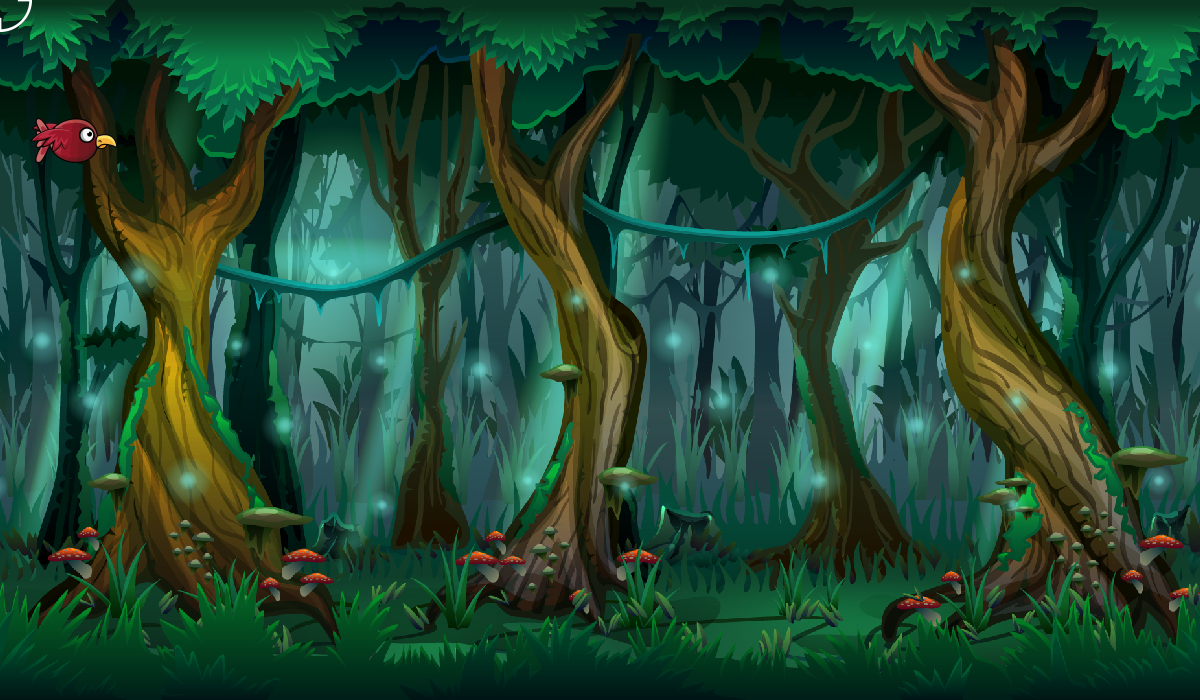
Repository: mys-pro/demo_shooting_bird_vision
Script's output: python main.py
The author's editor kept a copy of each file at every save. The script's output is drawn from the files as they stood at one save, then again after the next save.
The window is shown after at most 60 frames with no key pressed. Random numbers start from a fixed seed. It also reads assets/images/backgrounds/Cartoon_Forest_BG_01.png, assets/images/backgrounds/Cartoon_Forest_BG_02.png, assets/images/backgrounds/Cartoon_Forest_BG_03.png, assets/images/backgrounds/Cartoon_Forest_BG_04.png, assets/images/birds/bird1/b-1.png, assets/images/birds/bird1/b-2.png, assets/images/birds/bird1/b-3.png, assets/images/birds/bird1/b-4.png, assets/images/icon.png, assets/images/viewfinder.png.

Above is the script's output before, as saved 2024-06-16 16:24:11.

### main.py
import pygame
import os
import random
import sys

# Khởi tạo pygame
pygame.init()
pygame.display.set_caption("Shooting Bird")
icon = pygame.image.load('assets/images/icon.png')
pygame.display.set_icon(icon)

SCREEN_WIDTH, SCREEN_HEIGHT = 1200, 700
FPS = 60
SCREEN = pygame.display.set_mode((SCREEN_WIDTH, SCREEN_HEIGHT))

# Xử lý ống ngắm
class viewFinder:
    def __init__ (self):
        pygame.event.set_grab(True)
        pygame.mouse.set_visible(False)
        self.image = pygame.image.load('assets/images/viewfinder.png').convert_alpha()
        self.image_copy = self.image.copy()
        self.image_smaller = pygame.transform.scale(self.image_copy, (self.image_copy.get_width() // 2, self.image_copy.get_height() // 2))
        self.rect = self.image_smaller.get_rect()
        self.rect.center = (SCREEN_WIDTH // 2, SCREEN_HEIGHT // 2)

    def follow_mouse(self):
        self.rect.center = pygame.mouse.get_pos()

    def draw(self, screen):
        screen.blit(self.image, self.image.get_rect(center=self.rect.center).topleft)

# Khởi tạo con chim
class bird:
    def __init__(self, x, y):
        self.images = []
        folder_path = 'assets/images/birds/bird1'
        for file_name in os.listdir(folder_path):
            full_path = os.path.join(folder_path, file_name)
            if os.path.isfile(full_path):
                self.images.append(pygame.image.load(full_path).convert_alpha())
        self.index = 0
        self.image = self.images[self.index]
        self.rect = self.image.get_rect()
        self.rect.x = x
        self.rect.y = y
        self.velocity = 5  # Tốc độ mặc định
        self.delay_count = 0

    def update(self):
        self.delay_count += 1

        # Kiểm tra nếu đã đủ thời gian chờ để cập nhật
        if self.delay_count >= 5:
            # Reset delay_count
            self.delay_count = 0

            # Cập nhật chỉ số hình ảnh để tạo hiệu ứng hoạt hình
            self.index = (self.index + 1) % len(self.images)
            self.image = self.images[self.index]

            # Di chuyển đối tượng sang phải
            self.rect.x += self.velocity

            # Kiểm tra nếu đối tượng đi ra khỏi màn hình, đặt lại vị trí
            if self.rect.left > SCREEN_WIDTH:
                self.rect.right = 0

    def draw(self, screen):
        screen.blit(self.image, self.rect)

# Lấy background ngẫu nhiên
def get_background(folder_path, SCREEN_WIDTH, SCREEN_HEIGHT):
    backgrounds = []
    for file_name in os.listdir(folder_path):
        full_path = os.path.join(folder_path, file_name)
        if os.path.isfile(full_path):
             backgrounds.append(pygame.image.load(full_path).convert())

    bg = random.choice(backgrounds)
    bg_width, bg_height = bg.get_size()
    scale_factor = max(SCREEN_WIDTH / bg_width, SCREEN_HEIGHT / bg_height)

    new_width = int(bg_width * scale_factor)
    new_height = int(bg_height * scale_factor)
    bg = pygame.transform.scale(bg, (new_width, new_height))

    bg_x = (SCREEN_WIDTH - new_width) // 2
    bg_y = (SCREEN_HEIGHT - new_height) // 2
    return bg, bg_x, bg_y

explosion_group = pygame.sprite.Group()

# Vẽ hình ảnh
def draw(SCREEN, background, view_finder, bird):
    bg, bg_x, bg_y = background
    SCREEN.blit(bg, (bg_x, bg_y))

    bird.update()
    # Vẽ đối tượng lên màn hình
    bird.draw(SCREEN)

    view_finder.follow_mouse()
    view_finder.draw(SCREEN)
    pygame.display.update()

def main(SCREEN):
    background = get_background('assets/images/backgrounds/', SCREEN_WIDTH, SCREEN_HEIGHT) # Gọi hàm get_background
    view_finder = viewFinder()
    b = bird(0, 100)
    running = True
    while running:
        for event in pygame.event.get():
            if event.type == pygame.QUIT or (event.type == pygame.KEYDOWN and event.key == pygame.K_ESCAPE):
                running = False

        draw(SCREEN, background, view_finder, b)

        pygame.display.update()
        pygame.time.Clock().tick(FPS)
    pygame.quit()

if __name__ == "__main__":
    main(SCREEN)

After the next save:
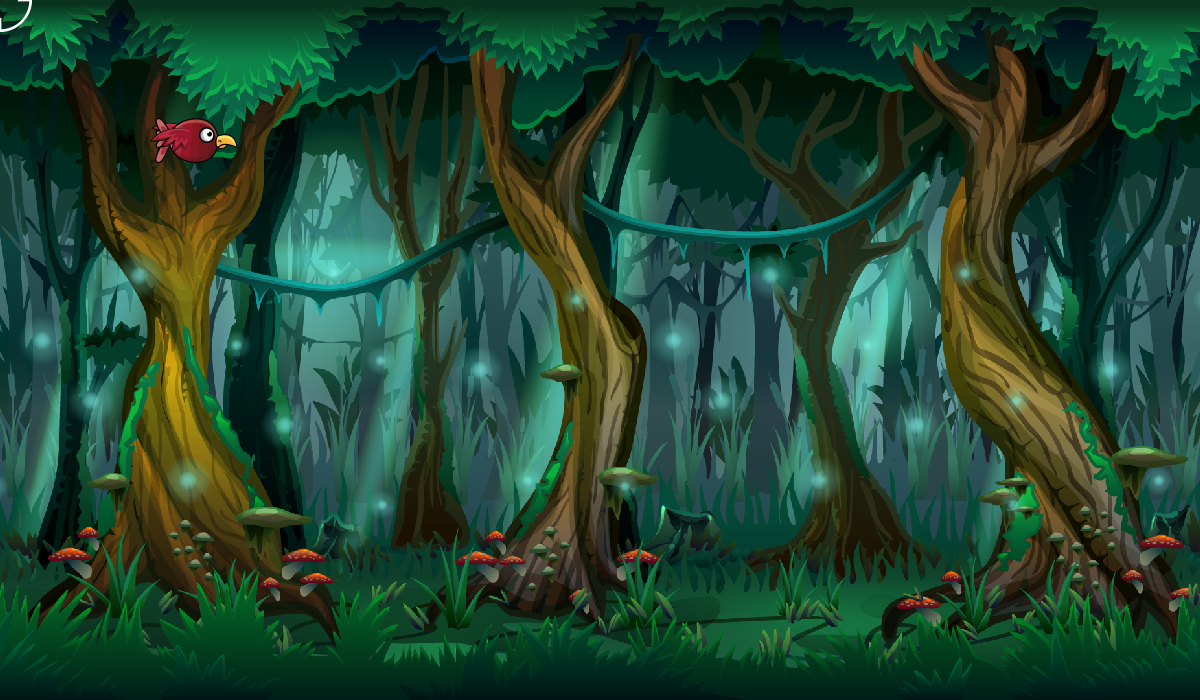
Saved 62 s later.
--- a/main.py
+++ b/main.py
@@ -59,12 +59,12 @@ class bird:
             self.index = (self.index + 1) % len(self.images)
             self.image = self.images[self.index]
 
-            # Di chuyển đối tượng sang phải
-            self.rect.x += self.velocity
+        # Di chuyển đối tượng sang phải
+        self.rect.x += self.velocity
 
-            # Kiểm tra nếu đối tượng đi ra khỏi màn hình, đặt lại vị trí
-            if self.rect.left > SCREEN_WIDTH:
-                self.rect.right = 0
+        # Kiểm tra nếu đối tượng đi ra khỏi màn hình, đặt lại vị trí
+        if self.rect.left > SCREEN_WIDTH:
+            self.rect.right = 0
 
     def draw(self, screen):
         screen.blit(self.image, self.rect)
